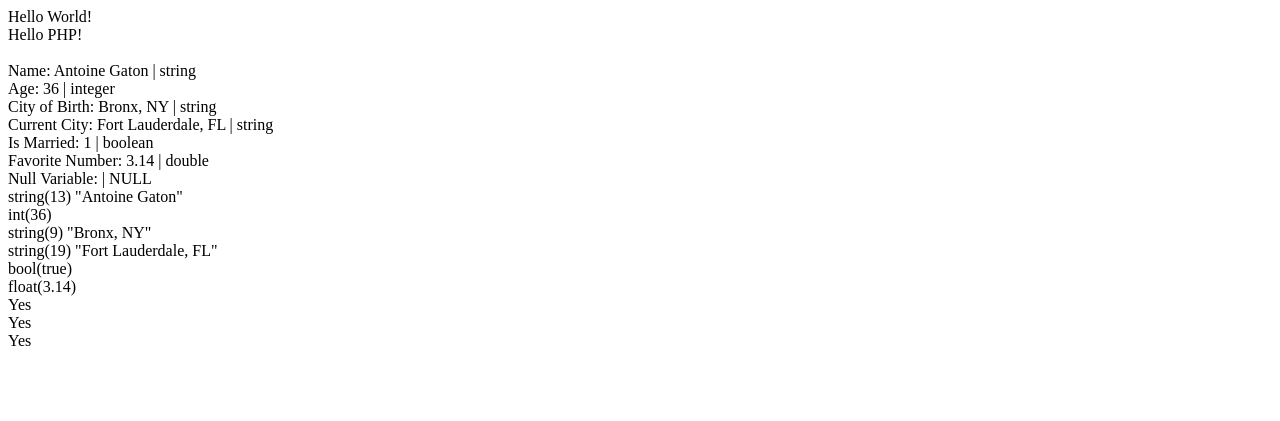
Repository: AntoineGaton/PHP
Page: http://localhost/hello_world/index.php
The author's editor kept a copy of each file at every save. The page is drawn from the files as they stood at one save, then again after the next save.
The browser window is 1280 px wide. The pictures show the whole page.
The page is run by PHP 8.4 with error messages shown; the project is at /var/www/html/.

Above is the page before, as saved 2025-03-25 18:18:25.

After the next save:
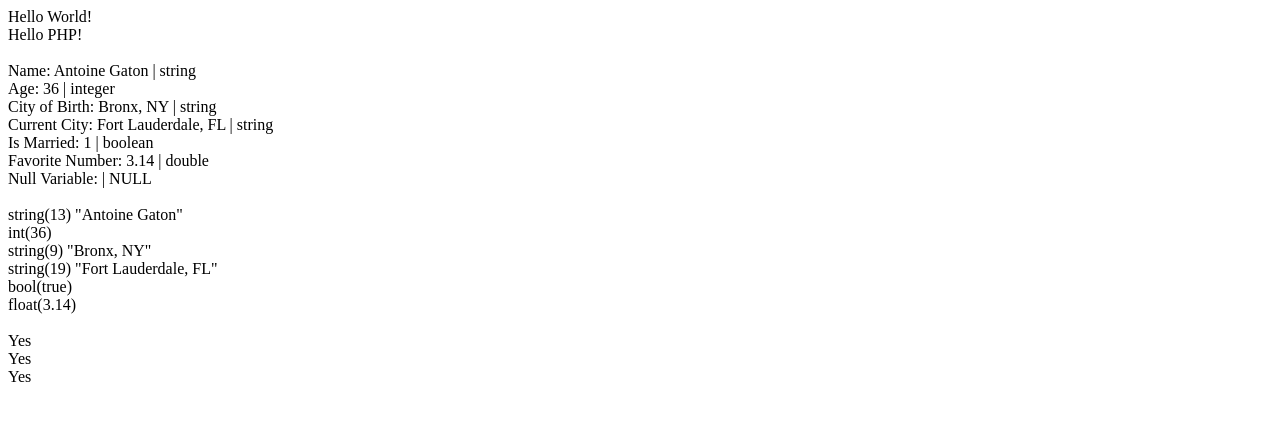
Saved 1 s later.
--- a/hello_world/index.php
+++ b/hello_world/index.php
@@ -50,8 +50,9 @@
     echo "<br>";
     echo "Null Variable: $null_variable";
     echo " | " . gettype($null_variable);
-    echo "<br>";
+    echo "<br><br>";
 
+    //-----------------------------
     // Vardump: Print Variables and Types
     var_dump($name);
     echo "<br>";
@@ -64,8 +65,10 @@
     var_dump($is_married);
     echo "<br>";
     var_dump($favorite_number);
-    echo "<br>";
+    echo "<br><br>";
 
+
+    //-----------------------------
     // Checking Variables
     echo "Is $name a string? " . is_string($name) ? "Yes" : "No";
     echo "<br>";
